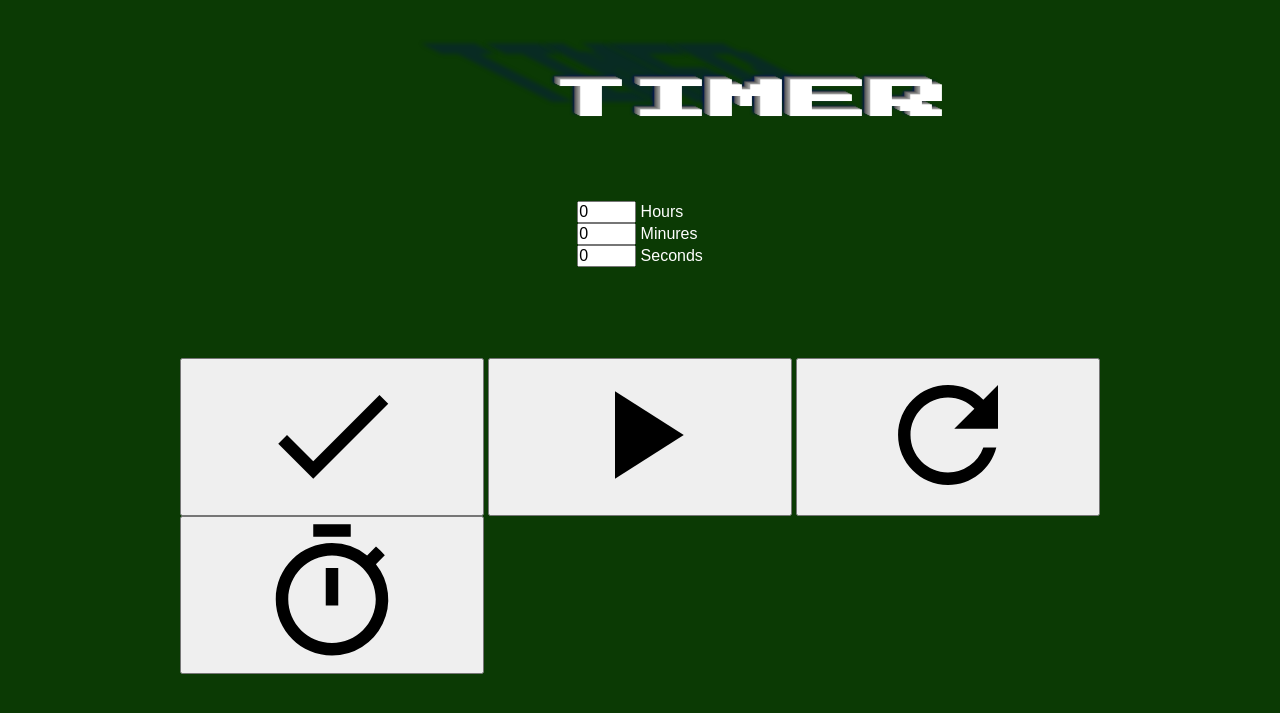
Repository: KrzysKolo/Projekt-12_Timer
Page: index.html
These files come from the project's save history. The page is drawn as it stood at one moment and after the next save; the edit follows.
The browser window is 1280 px wide. The pictures show the whole page.
Some web fonts or font styles are not loaded; a fallback is used.

Above is the page before, as saved 2020-06-24 20:59:14.

After the next save:
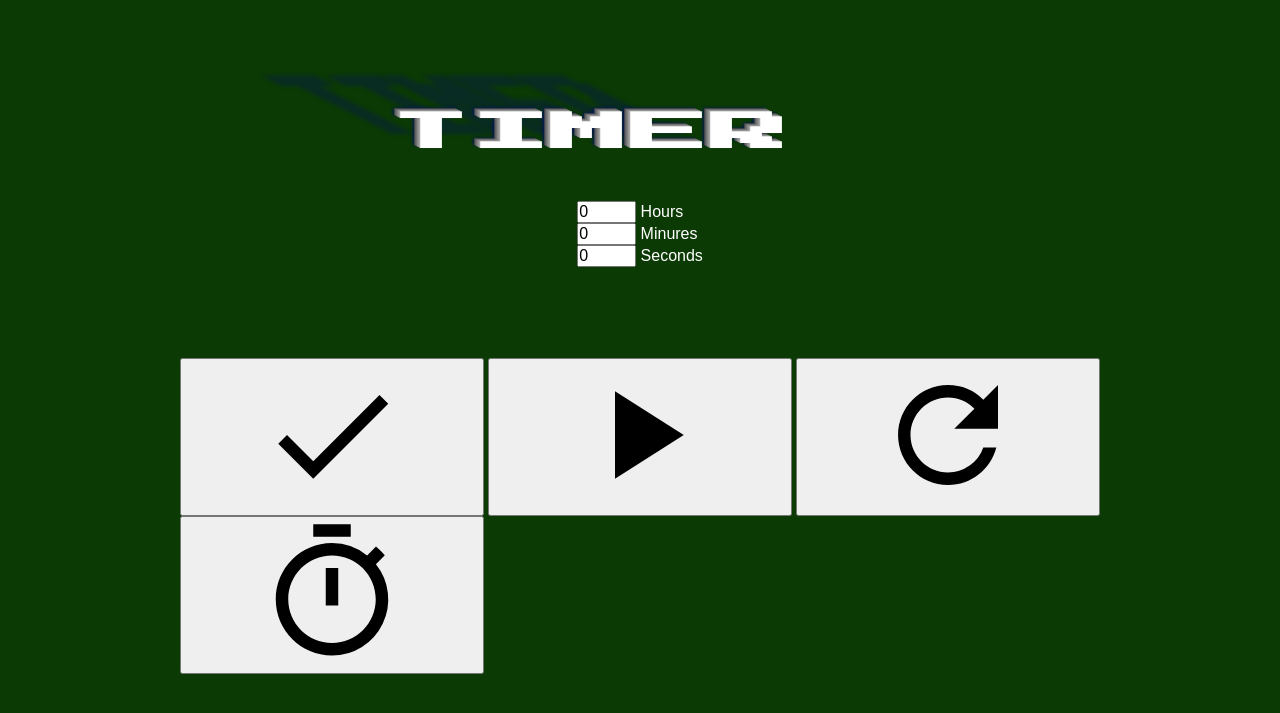
Saved 30 s later.
--- a/css/style.css
+++ b/css/style.css
@@ -29,7 +29,8 @@ body {
   font-size: 4rem;
   text-transform: uppercase;
   position: relative;
-
+  top: 50%;
+  left: -50%;
   transform: calc(-50%, -50%);
   color: rgba(0, 0, 0, 0);
 
